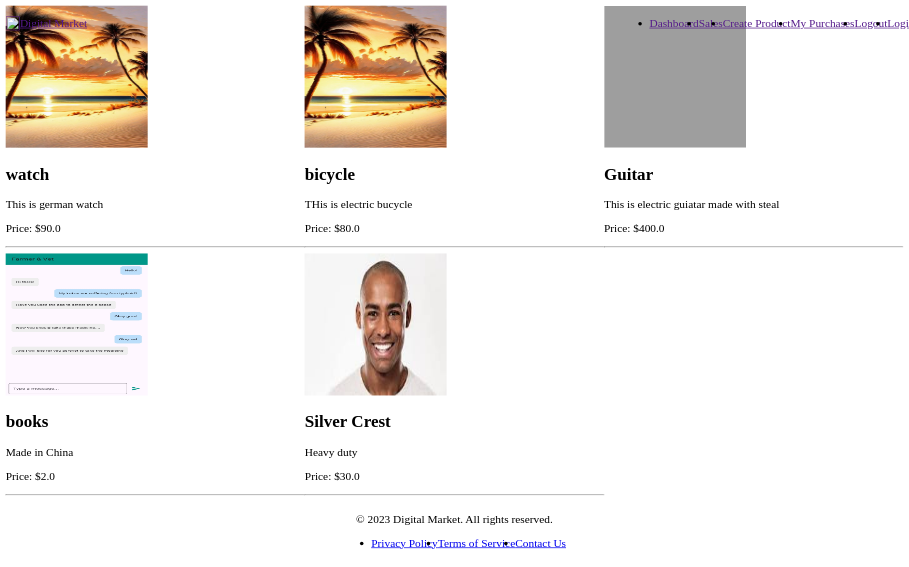
Repository: Zedestar/DigitalMarket_django
Page: http://localhost/
An editor plug-in stored every save of this project. The page is shown before and after the next save, followed by the edit.
The browser window is 1280 px wide. The pictures show the whole page, at 71% of full size.
Pictures or frames that could not be fetched are drawn as grey boxes. The page is served by the project's application, run on Django 5.2 (manage.py). Other server files are loaded and not shown. Style sheets and scripts are compiled from the project's sources, by tool versions that may differ from the author's. The page reads the database file committed with the project.

Above is the page before, as saved 2025-03-19 18:27:46.

### myapp/templates/myapp/index.html
{% extends 'base.html' %}
{% block body %}
    <div class="container mx-2 mt-10 w-full grid sm:grid-cols-1 md:grid-cols-2 grid-cols-3 lg:grid-cols-4 gap-4">
        {% for product in products %}
            <div class="shadow-lg hover:shadow-xl hover:border hover:border-gray-300">
                <div>
                    <img src="{{ product.photo }}"
                         alt="{{ product.name }}"
                         width="200px"
                         height="200px">
                </div>
                <h2 class="font-bold">{{ product.name }}</h2>
                <p>{{ product.description }}</p>
                <p>Price: ${{ product.price }}</p>
                <hr>
            </div>
        {% endfor %}
    </div>
{% endblock body %}

### templates/base.html
{% load static %}
<!DOCTYPE html>
<html lang="en">
    <head>
        <meta charset="UTF-8">
        <meta name="viewport" content="width=device-width, initial-scale=1.0">
        <meta name="keywords">
        <meta name="description">
        <title>Document</title>
        <link rel="stylesheet" href="{% static 'tailwind/styles.css' %}">
    </head>
    <body class="bg-gray-200 flex flex-col min-h-screen">
        {% include 'partials/navbar.html' %}
        <main class="flex-grow">
            {% block body %}
            {% endblock body %}
        </main>
        {% include 'partials/footer.html' %}
    </body>
</html>

### templates/partials/navbar.html
<nav class="fixed top-0 w-full z-10">
    <div class="flex justify-between shadow-lg py-2 text-sm font-medium">
        <a href="" class="flex items-center justify-center ml-6">
            <img src="" alt="" height="20px" width="20px">
            <span class="mx-2 text-green-600 text-24">Digital Market</span>
        </a>
        <ul class="mr-6 flex">
            <li class="mx-4">
                <a href="">Dashboard</a>
            </li>
            <li class="mx-4">
                <a href="">Sales</a>
            </li>
            <li class="mx-4">
                <a href="">Create Product</a>
            </li>
            <li class="mx-4">
                <a href="">My Purchases</a>
            </li>
            <li class="mx-4">
                <a href="">Logout</a>
            </li>
            <li class="mx-4">
                <a href="">Login</a>
            </li>
        </ul>
    </div>
</nav>

### templates/partials/footer.html
<footer class="bg-gray-200 text-black py-1 shadow-lg bottom-0 w-full">
    <div class="container mx-auto text-center">
        <p>&copy; 2023 Digital Market. All rights reserved.</p>
        <ul class="flex justify-center">
            <li class="mx-4">
                <a href="#" class="hover:underline">Privacy Policy</a>
            </li>
            <li class="mx-4">
                <a href="#" class="hover:underline">Terms of Service</a>
            </li>
            <li class="mx-4">
                <a href="#" class="hover:underline">Contact Us</a>
            </li>
        </ul>
    </div>
</footer>

### myapp/models.py
from django.db import models

# Create your models here.


class Product(models.Model):
    name = models.CharField(max_length=100, null=False, blank=False)
    description = models.TextField()
    price = models.FloatField(null=False, blank=False)
    photo = models.ImageField(upload_to='product-photos')
    created_at = models.DateTimeField(auto_now_add=True)
    updated_at = models.DateTimeField(auto_now=True)

    def __str__(self):
        return self.name

### myapp/views.py
from django.shortcuts import render
from .models import Product

# Create your views here.


def index(request):
    products = Product.objects.all()
    context = {
        'products' : products
    }
    return render(request, 'myapp/index.html', context=context)

### DigitalMarket/urls.py
"""
URL configuration for DigitalMarket project.

The `urlpatterns` list routes URLs to views. For more information please see:
    https://docs.djangoproject.com/en/5.1/topics/http/urls/
Examples:
Function views
    1. Add an import:  from my_app import views
    2. Add a URL to urlpatterns:  path('', views.home, name='home')
Class-based views
    1. Add an import:  from other_app.views import Home
    2. Add a URL to urlpatterns:  path('', Home.as_view(), name='home')
Including another URLconf
    1. Import the include() function: from django.urls import include, path
    2. Add a URL to urlpatterns:  path('blog/', include('blog.urls'))
"""
from django.contrib import admin
from django.urls import path, include
from django.conf import settings
from django.conf.urls.static import static

urlpatterns = [
    path('admin/', admin.site.urls),
    path('', include('myapp.urls')),
]

urlpatterns += static(settings.MEDIA_URL, document_root=settings.MEDIA_ROOT)

### myapp/urls.py
from .  import views
from django.urls import path

urlpatterns = [
    path('', views.index, name='index_view'),
]

### db.sqlite3 (the tables this page reads, as SQL)
CREATE TABLE "myapp_product" ("id" integer NOT NULL PRIMARY KEY AUTOINCREMENT, "name" varchar(100) NOT NULL, "description" text NOT NULL, "price" real NOT NULL, "created_at" datetime NOT NULL, "updated_at" datetime NOT NULL, "photo" varchar(100) NOT NULL, "category_id" bigint NULL REFERENCES "myapp_category" ("id") DEFERRABLE INITIALLY DEFERRED);
INSERT INTO "myapp_product" VALUES
(5, 'watch', 'This is german watch', 90.0, '2025-03-19 15:09:57.364696', '2025-03-19 15:09:57.364696', 'product-photos/wallpaper_T6tvKyB.jpg', NULL),
(6, 'bicycle', 'THis is electric bucycle', 80.0, '2025-03-19 15:11:28.591059', '2025-03-19 15:11:28.591059', 'product-photos/wallpaper_3pVK7fH.jpg', NULL),
(7, 'Guitar', 'This is electric guiatar made with steal', 400.0, '2025-03-19 15:36:16.491002', '2025-03-19 15:36:16.496000', 'product-photos/zedddy.jpg', NULL),
(8, 'books', 'Made in China', 2.0, '2025-03-19 17:16:41.118921', '2025-03-19 17:16:41.118921', 'product-photos/tempFileForShare_20250207-083344.jpg', NULL),
(9, 'Silver Crest', 'Heavy duty', 30.0, '2025-03-19 17:18:02.422139', '2025-03-19 17:18:02.422139', 'product-photos/african_men.jpg', NULL);

Loaded but not shown: static/tailwind/tailwindClasses.css (common file)

After the next save:
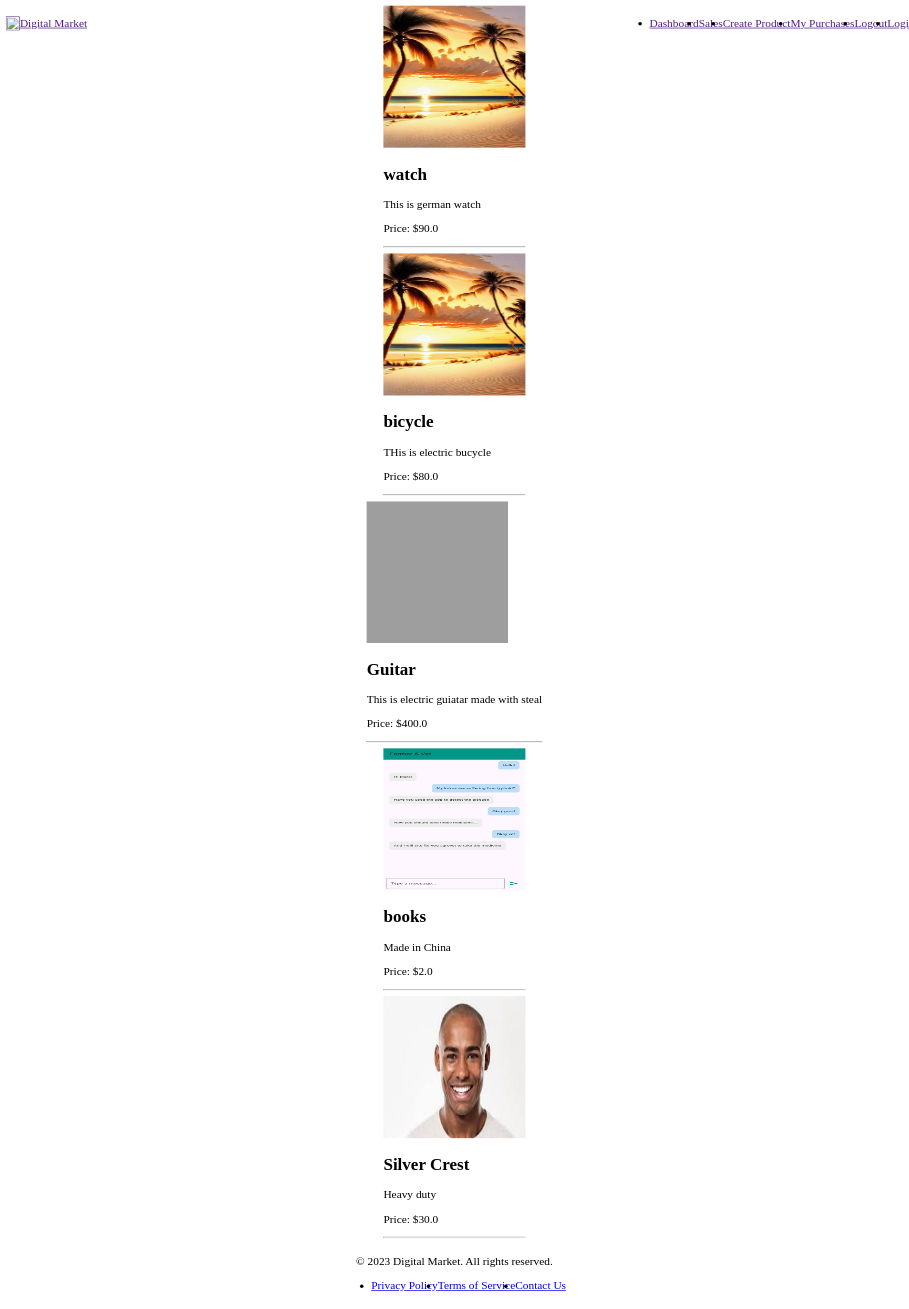
Saved 93 s later.
--- a/myapp/templates/myapp/index.html
+++ b/myapp/templates/myapp/index.html
@@ -1,6 +1,6 @@
 {% extends 'base.html' %}
 {% block body %}
-    <div class="container mx-2 mt-10 w-full grid sm:grid-cols-1 md:grid-cols-2 grid-cols-3 lg:grid-cols-4 gap-4">
+    <div class="container mx-auto mt-10 grid place-items-center sm:grid-cols-1 md:grid-cols-2 lg:grid-cols-4 gap-4">
         {% for product in products %}
             <div class="shadow-lg hover:shadow-xl hover:border hover:border-gray-300">
                 <div>
